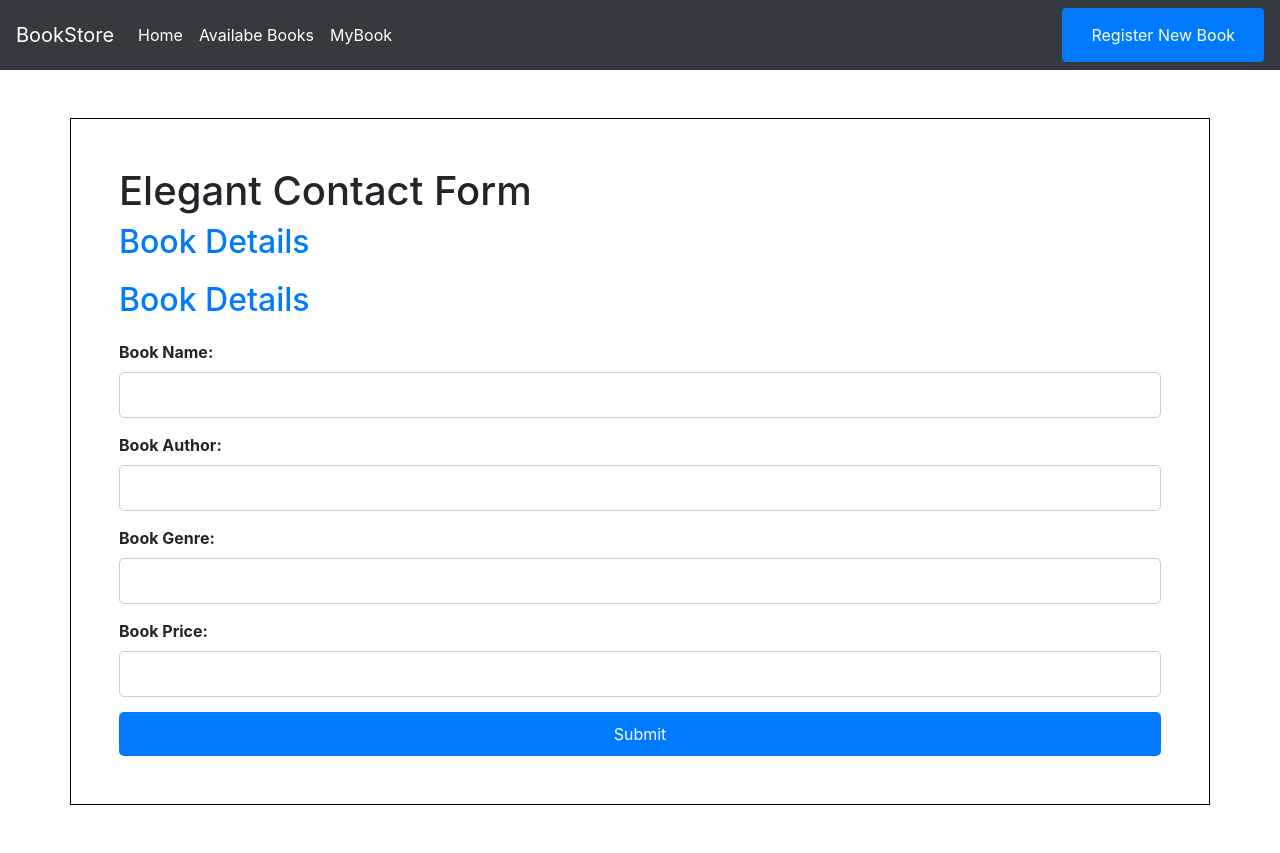
Repository: Sumanta-Sahoo/BookStoreApp
Page: bookstore/src/main/resources/static/bookRegister.html
These files come from the project's save history. The page is drawn as it stood at one moment and after the next save; the edit follows.
The browser window is 1280 px wide. The pictures show the whole page.

Above is the page before, as saved 2024-03-15 11:56:29.

### bookstore/src/main/resources/static/bookRegister.html
<!doctype html>
<html lang="en">

<head>
	<!-- Required meta tags -->
	<meta charset="utf-8">
	<meta name="viewport" content="width=device-width, initial-scale=1, shrink-to-fit=no">

	<!-- Bootstrap CSS -->
	<link rel="stylesheet" href="https://cdn.jsdelivr.net/npm/bootstrap@4.4.1/dist/css/bootstrap.min.css"
		integrity="sha384-Vkoo8x4CGsO3+Hhxv8T/Q5PaXtkKtu6ug5TOeNV6gBiFeWPGFN9MuhOf23Q9Ifjh" crossorigin="anonymous">

	<title>BookStore</title>
</head>

<body>
	<nav class="navbar navbar-expand-lg navbar-light bg-dark">
		<a class="navbar-brand text-white" href="#">BookStore</a>
		<button class="navbar-toggler" type="button" data-toggle="collapse" data-target="#navbarSupportedContent"
			aria-controls="navbarSupportedContent" aria-expanded="false" aria-label="Toggle navigation">
			<span class="navbar-toggler-icon"></span>
		</button>

		<div class="collapse navbar-collapse" id="navbarSupportedContent">
			<ul class="navbar-nav mr-auto">
				<li class="nav-item active">
					<a class="nav-link text-white" href="#">Home<span class="sr-only">(current)</span></a>
				</li>
				<li class="nav-item">
					<a class="nav-link text-white" href="availabe_books">Availabe Books</a>
				</li>
				<li class="nav-item">
					<a class="nav-link text-white" href="my_books">MyBook</a>
				</li>
			</ul>
			<div>
				<button type="button" class="btn btn-primary"><a class="nav-link text-white"
						href="bookRegister">Register New Book</a></button>
			</div>

		</div>
	</nav>

	<div class="container my-5 p-5" style="border:1px solid black;">
		<h1>Elegant Contact Form</h1>
		<h2 style="margin-bottom: 20px; color: #007bff;">Book Details</h2>

		<h2 style="margin-bottom: 20px; color: #007bff;">Book Details</h2>

		<form>
			<div style="margin-bottom: 15px;">
				<label for="bookName" style="display: block; font-weight: bold;">Book Name:</label>
				<input type="text" id="bookName" name="bookName"
					style="width: 100%; padding: 10px; font-size: 16px; border-radius: 5px; border: 1px solid #ccc; box-sizing: border-box;">
			</div>

			<div style="margin-bottom: 15px;">
				<label for="bookAuthor" style="display: block; font-weight: bold;">Book Author:</label>
				<input type="text" id="bookAuthor" name="bookAuthor"
					style="width: 100%; padding: 10px; font-size: 16px; border-radius: 5px; border: 1px solid #ccc; box-sizing: border-box;">
			</div>

			<div style="margin-bottom: 15px;">
				<label for="bookGenre" style="display: block; font-weight: bold;">Book Genre:</label>
				<input type="text" id="bookGenre" name="bookGenre"
					style="width: 100%; padding: 10px; font-size: 16px; border-radius: 5px; border: 1px solid #ccc; box-sizing: border-box;">
			</div>

			<div style="margin-bottom: 15px;">
				<label for="bookPrice" style="display: block; font-weight: bold;">Book Price:</label>
				<input type="text" id="bookPrice" name="bookPrice"
					style="width: 100%; padding: 10px; font-size: 16px; border-radius: 5px; border: 1px solid #ccc; box-sizing: border-box;">
			</div>

			<button type="submit"
				style="display: block; width: 100%; padding: 10px; font-size: 16px; border: none; border-radius: 5px; background-color: #007bff; color: #fff; cursor: pointer; transition: background-color 0.3s;">
				Submit
			</button>
		</form>
	</div>
	<!--
	<form>
		<div class="form-group">
			<label for="exampleInputEmail1">Email address</label>
			<input type="email" class="form-control" id="exampleInputEmail1" aria-describedby="emailHelp"
				placeholder="Enter email">
			<small id="emailHelp" class="form-text text-muted">We'll never share your email with anyone else.</small>
		</div>
		<div class="form-group">
			<label for="exampleInputPassword1">Password</label>
			<input type="password" class="form-control" id="exampleInputPassword1" placeholder="Password">
		</div>
		<div class="form-check">
			<input type="checkbox" class="form-check-input" id="exampleCheck1">
			<label class="form-check-label" for="exampleCheck1">Check me out</label>
		</div>
		<button type="submit" class="btn btn-primary">Submit</button>
	</form> -->

	<!-- Optional JavaScript -->
	<!-- jQuery first, then Popper.js, then Bootstrap JS -->
	<script src="https://code.jquery.com/jquery-3.4.1.slim.min.js"
		integrity="sha384-J6qa4849blE2+poT4WnyKhv5vZF5SrPo0iEjwBvKU7imGFAV0wwj1yYfoRSJoZ+n"
		crossorigin="anonymous"></script>
	<script src="https://cdn.jsdelivr.net/npm/popper.js@1.16.0/dist/umd/popper.min.js"
		integrity="sha384-Q6E9RHvbIyZFJoft+2mJbHaEWldlvI9IOYy5n3zV9zzTtmI3UksdQRVvoxMfooAo"
		crossorigin="anonymous"></script>
	<script src="https://cdn.jsdelivr.net/npm/bootstrap@4.4.1/dist/js/bootstrap.min.js"
		integrity="sha384-wfSDF2E50Y2D1uUdj0O3uMBJnjuUD4Ih7YwaYd1iqfktj0Uod8GCExl3Og8ifwB6"
		crossorigin="anonymous"></script>
</body>

</html>

After the next save:
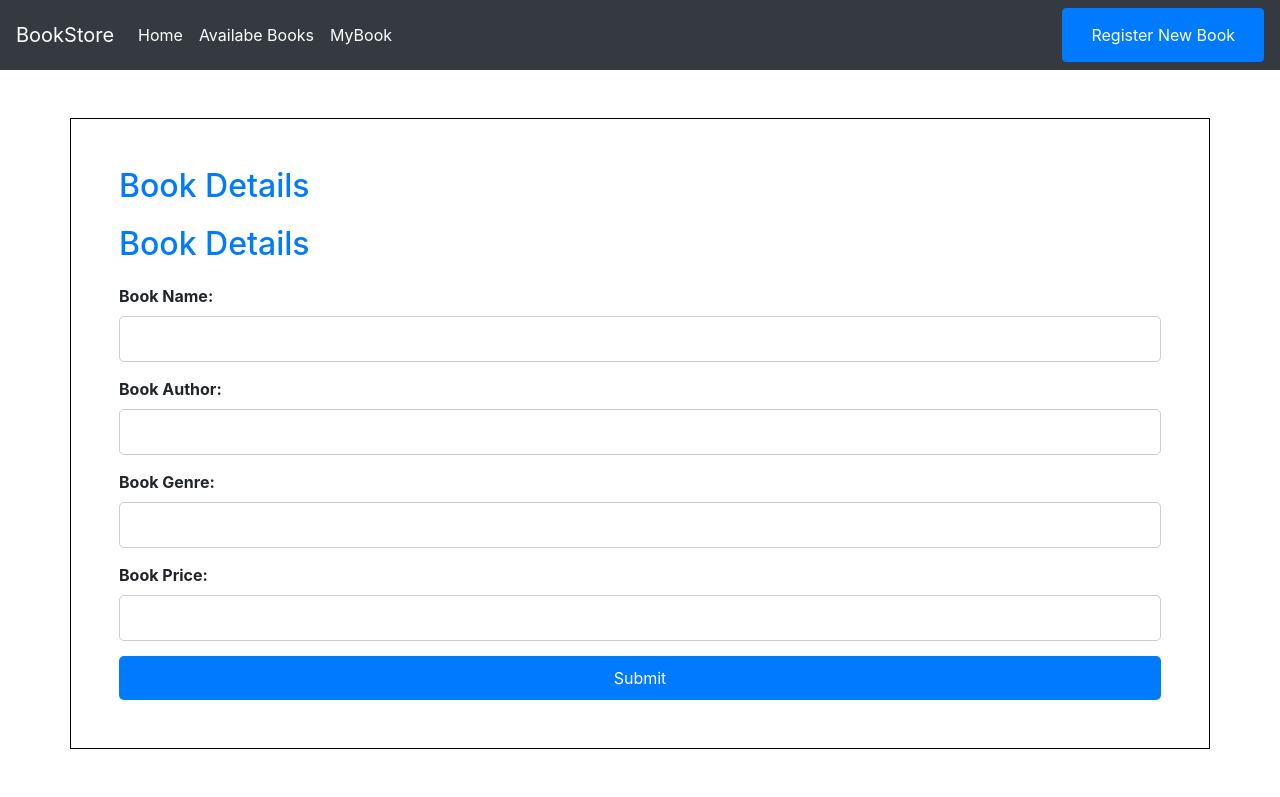
Saved 7 s later.
--- a/bookstore/src/main/resources/static/bookRegister.html
+++ b/bookstore/src/main/resources/static/bookRegister.html
@@ -42,7 +42,6 @@
 	</nav>
 
 	<div class="container my-5 p-5" style="border:1px solid black;">
-		<h1>Elegant Contact Form</h1>
 		<h2 style="margin-bottom: 20px; color: #007bff;">Book Details</h2>
 
 		<h2 style="margin-bottom: 20px; color: #007bff;">Book Details</h2>
